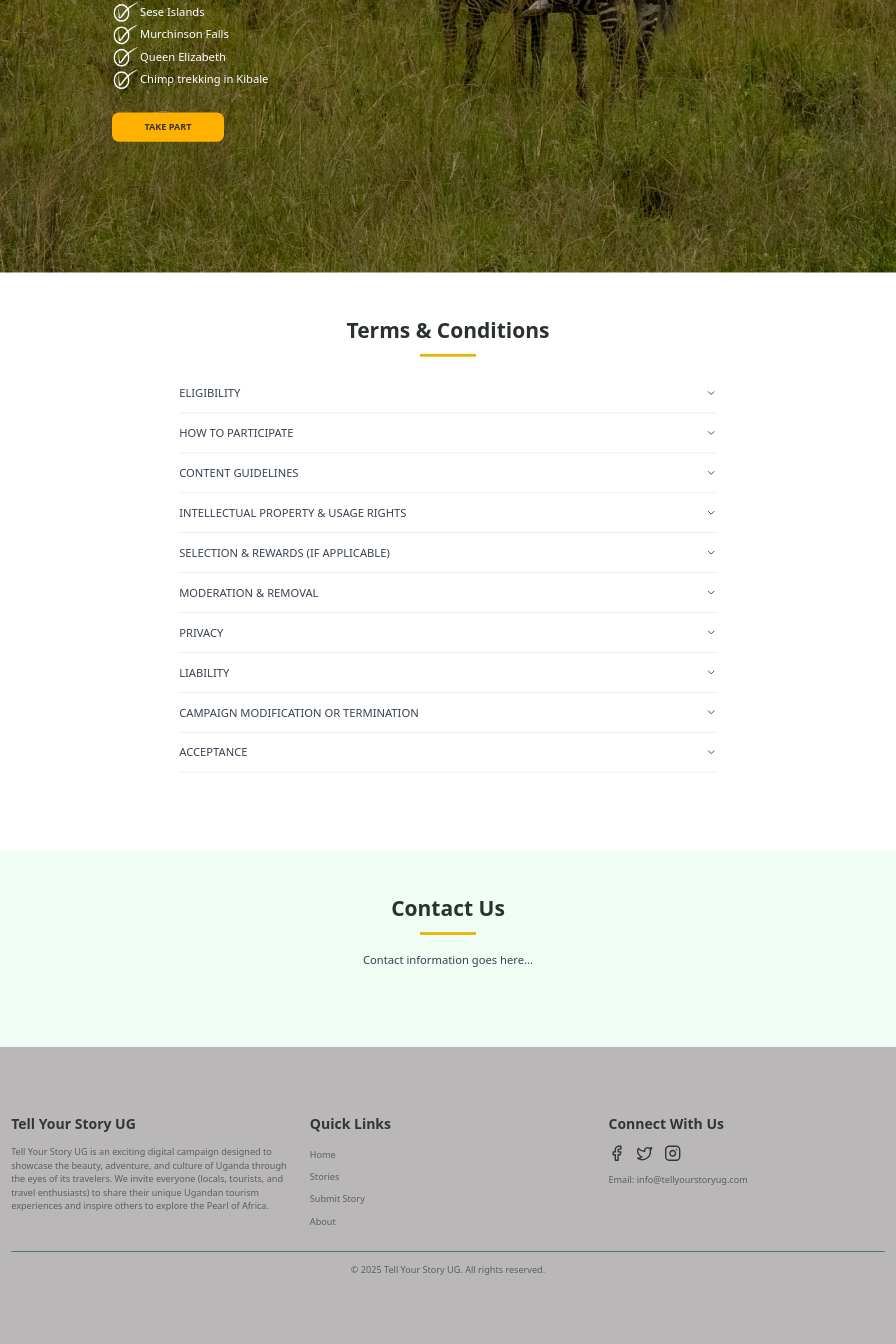
Repository: kaizoku010/take.part
Page: /
An editor plug-in stored every save of this project. The page is shown before and after a run of saves, followed by the edit.
The browser window is 1280 px wide. The pictures show the part of the page from y = 3022 to 4942 px (the page is 4942 px tall), at 70% of full size.
Backgrounds fixed to the window are drawn as part of the page. The project was rebuilt for these pictures with package versions that can differ from the ones it lists, and the page was loaded fresh each time. Also part of the build but not shown: vite.config.ts, src/components/ui/tooltip.tsx, src/pages/About.tsx, src/components/ui/input.tsx, src/pages/Stories.tsx, src/pages/StoryDetail.tsx, src/components/ui/use-toast.ts, src/components/ui/label.tsx and 3 more.

Above is the page before, as saved 2025-04-14 16:42:57.

After the next 4 saves:
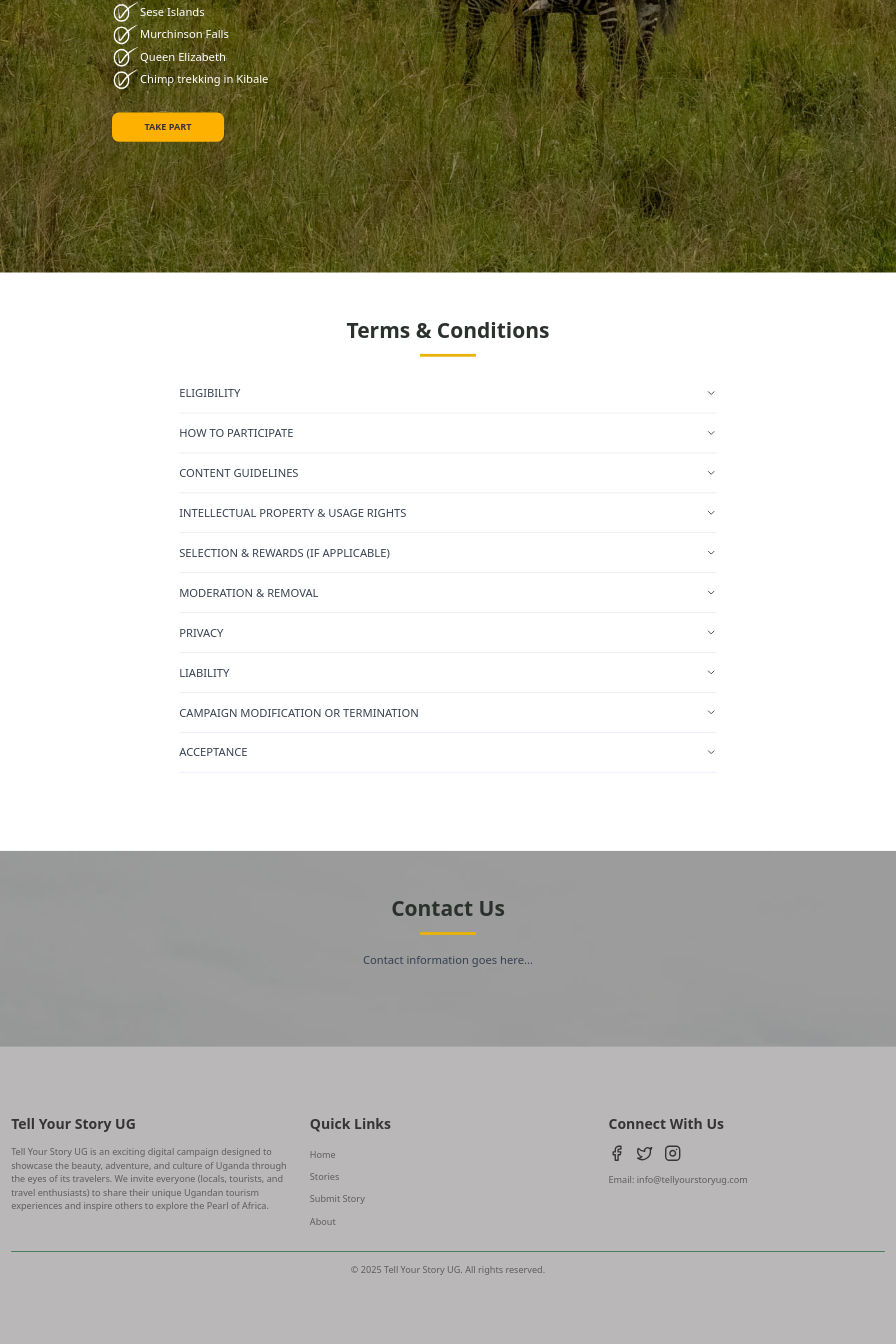
The 4 saves are shown as one change because they came seconds apart.
The last was saved 6 min 17 s later.
--- a/src/mdx.css
+++ b/src/mdx.css
@@ -151,3 +151,8 @@ background-color: #ba3629 !important;
     /* padding-top: 5rem !important;
     padding-bottom: 5rem !important; */
 }
+
+
+#contact{
+    background-image: url("../src/media/zebs.jpg");
+}
